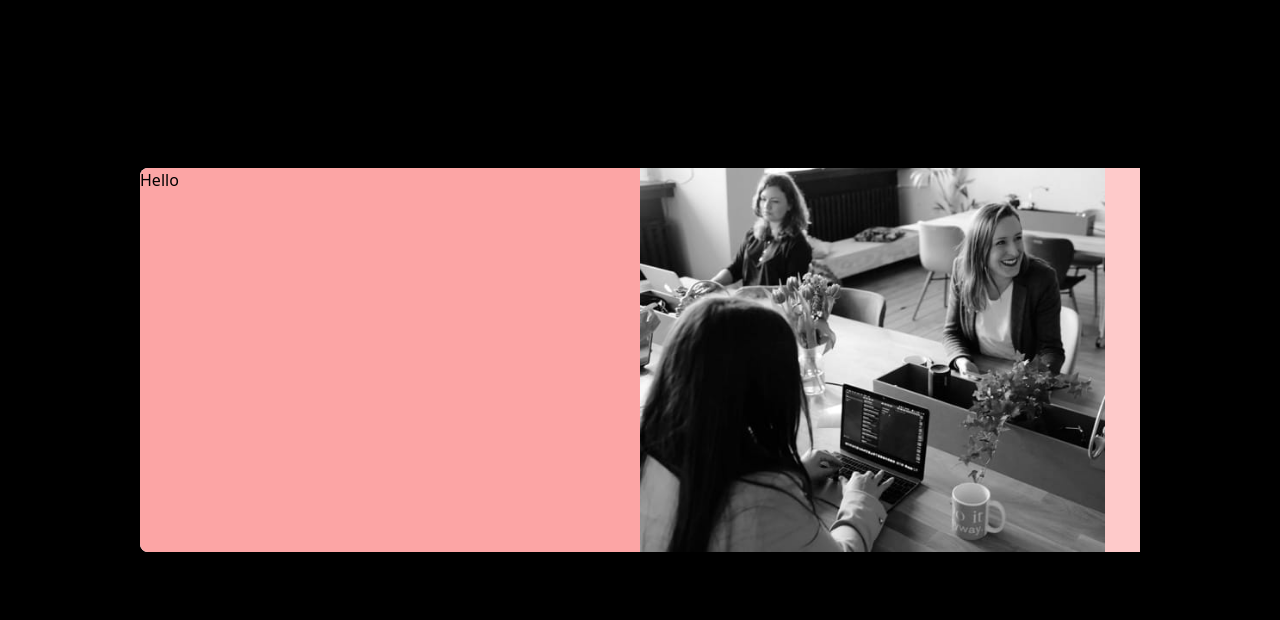
Repository: BerlinWebDev/FrontendMaster_PreviewMentor
Page: /
The author's editor kept a copy of each file at every save. The page is drawn from the files as they stood at one save, then again after the next save.
The browser window is 1280 px wide. The pictures show the whole page.
The project was rebuilt for these pictures with package versions that can differ from the ones it lists, and the page was loaded fresh each time.

Above is the page before, as saved 2023-11-11 01:24:53.

After the next save:
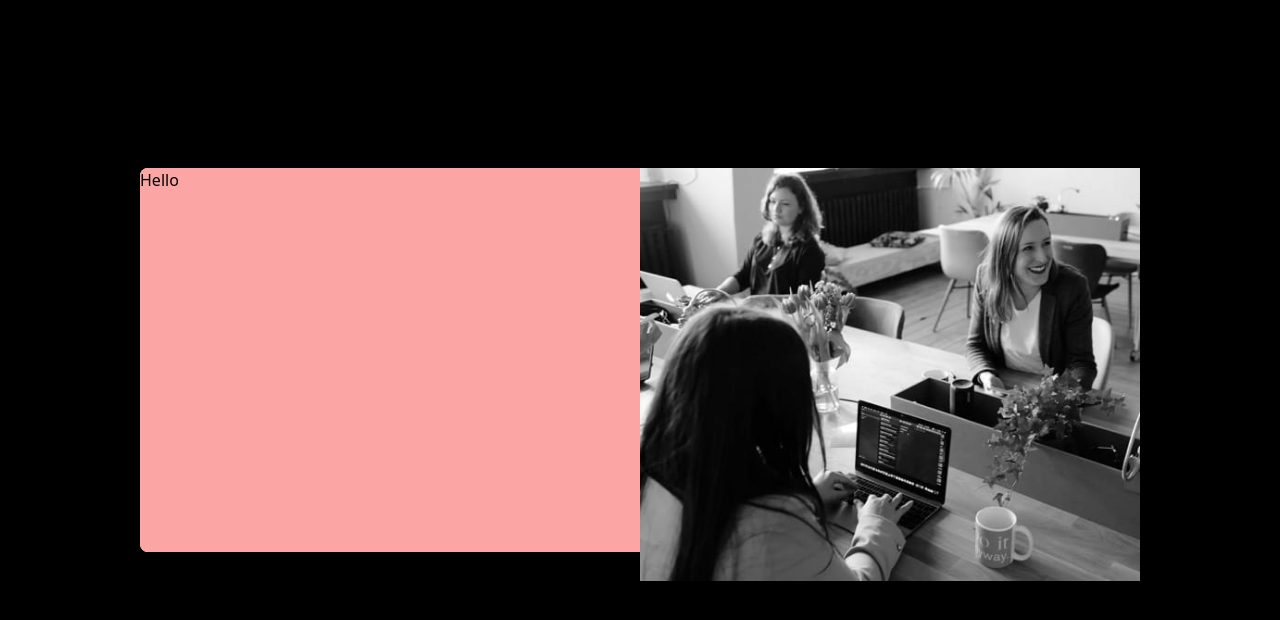
Saved 25 s later.
--- a/src/App.js
+++ b/src/App.js
@@ -12,11 +12,7 @@ function App() {
         <div className="flex h-96 w-[1000px] rounded-lg bg-white">
           <aside className="w-1/2 bg-red-300 rounded-l-lg">Hello</aside>
           <aside className="w-1/2 bg-red-200 rounded-l-lg">
-            <img
-              className="object-fill h-96"
-              src={Image}
-              alt="Header-Desktop"
-            />
+            <img className="object-fit" src={Image} alt="Header-Desktop" />
           </aside>
         </div>
       </main>
